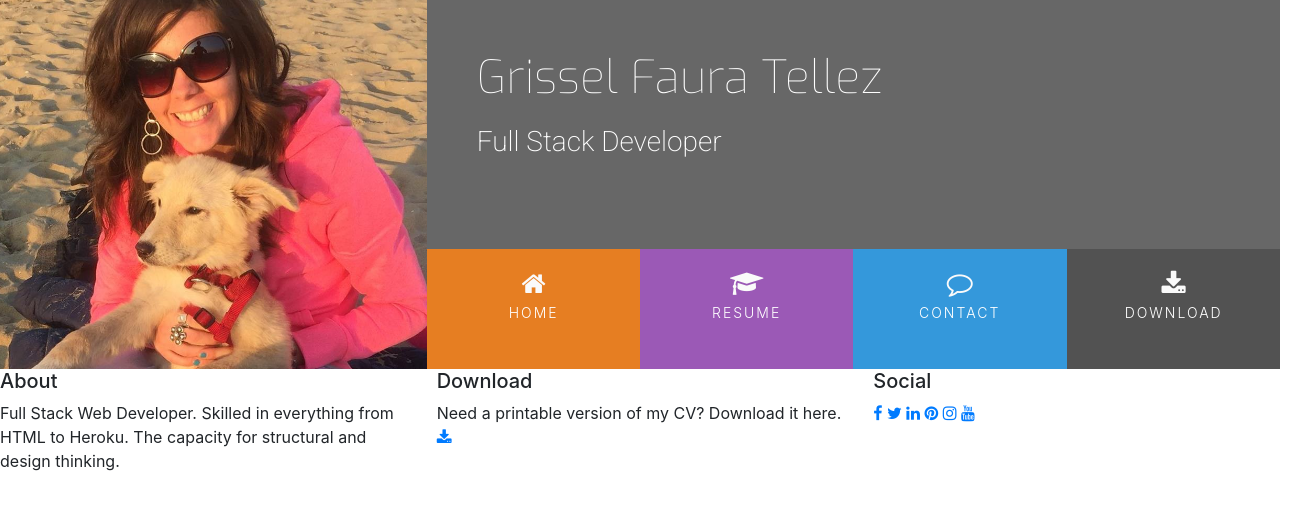
Repository: grisselfaura/Resume-Project-Introduction
Page: index.html
The author's editor kept a record of every edit. The page is drawn from the files as they stood at one moment, then again after the next edit.
The browser window is 1280 px wide. The page is 1295 px wide, then 1280 px, so the pictures cover 1295 px, including what lies to the right of the window. The pictures show the whole page.

Above is the page before.

### index.html
<!DOCTYPE html>
<html lang="en">
<head>
    <meta charset="UTF-8">
    <meta name="viewport" content="width=device-width, initial-scale=1.0">
    <meta http-equiv="X-UA-Compatible" content="ie=edge">
    <link rel="stylesheet" href="https://stackpath.bootstrapcdn.com/bootstrap/4.3.1/css/bootstrap.min.css" type="text/css" />
    <link rel="stylesheet" href="https://stackpath.bootstrapcdn.com/font-awesome/4.7.0/css/font-awesome.min.css" type="text/css" />
    <link rel="stylesheet" href="https://cdnjs.cloudflare.com/ajax/libs/hover.css/2.3.1/css/hover-min.css" type="text/css" />
    <link rel="stylesheet" href="assets/CSS/style.css" type="text/css" />
    <title>Grissel</title>
</head>
<body>
    <header>
       <div class="row no-gutters">
           <a class="col-md-4 logo" href="index.html"></a>
           <div class="col-md-8">
               <div class="row no-gutters bg-color-name-title">
                   <div class="col heading">
                       <h1 class="name">Grissel Faura Tellez</h1>
                       <h2 class="title">Full Stack Developer</h2>
                    </div>
               </div>
               <div class="row no-gutters">
                   <div class="col">
                       <ul id="nav" class="list-inline menucontainer">
                           <li class="col-6 col-sm-3 ui-menu-color-home list-inline-item menuitem">
                               <a href="#" class="hvr-sweep-to-bottom"><i class="fa fa-home" aria-hidden="true"></i><span>Home</span></a>
                           </li>
                           <li class="col-6 col-sm-3 ui-menu-color-resume list-inline-item menuitem">
                               <a href="#" class="hvr-sweep-to-bottom"><i class="fa fa-graduation-cap" aria-hidden="true"></i><span>Resume</span></a>
                           </li>
                           <li class="col-6 col-sm-3 ui-menu-color-contact list-inline-item menuitem">
                               <a href="#" class="hvr-sweep-to-bottom"><i class="fa fa-comment-o" aria-hidden="true"></i><span>Contact</span></a>
                           </li>
                           <li class="col-6 col-sm-3 ui-menu-color-download list-inline-item menuitem">
                               <a href="#" class="hvr-sweep-to-bottom"><i class="fa fa-download" aria-hidden="true"></i><span>Download</span></a>
                           </li>
                       </ul>
                   </div>
               </div>
           </div>
       </div>
    </header>
    <section>

    </section>
    <footer>
        <div class="row">
            <div id="footer-details" class="col-sm-4">
                <h5 class="uppercase general-sub">About</h5>
                <p class ="inline-block">
                Full Stack Web Developer. Skilled in everything from HTML to Heroku. The capacity for structural and design thinking.</p>
            </div>
            <div class="col-sm-4">
                <h5 class="uppercase general-sub">Download</h5>
                <p class ="inline-block">
                Need a printable version of my CV? Download it here.
                    <a href="#" target="_blank" class="cv-pdf">
                        <i class="fa fa-download" aria-hidden="true"></i>
                        <span class="sr-only">Download link again.</span>
                    </a>
                </p>
             </div>
            <div class="col-sm-4">
                <h5 class="uppercase general-sub">Social</h5>
                <ul class="list-inline social-links">
                    <li class="list-inline-item">
                        <a target="_blank" href="#">
                            <i class="fa fa-facebook" aria-hidden="true"></i>
                            <span class="sr-only">Facebook</span>
                        </a>
                    </li>
                    <li class="list-inline-item">
                        <a target="_blank" href="#">
                            <i class="fa fa-twitter" aria-hidden="true"></i>
                            <span class="sr-only">Twitter</span>
                        </a>
                    </li>
                     <li class="list-inline-item">
                        <a target="_blank" href="#">
                            <i class="fa fa-linkedin" aria-hidden="true"></i>
                            <span class="sr-only">LinkedIn</span>
                        </a>
                    </li>
                    <li class="list-inline-item">
                        <a target="_blank" href="#">
                            <i class="fa fa-pinterest" aria-hidden="true"></i>
                            <span class="sr-only">Pinterest</span>
                        </a>
                    </li>
                    <li class="list-inline-item">
                        <a target="_blank" href="#">
                            <i class="fa fa-instagram" aria-hidden="true"></i>
                            <span class="sr-only">Instagram</span>
                        </a>
                    </li>
                    <li class="list-inline-item">
                        <a target="_blank" href="#">
                            <i class="fa fa-youtube" aria-hidden="true"></i>
                            <span class="sr-only">Youtube</span>
                        </a>
                    </li>
                </ul>
            </div>
        </div>
    </footer>
</body>
</html>

### assets/CSS/style.css
@import url('https://fonts.googleapis.com/css?family=Roboto:100,200,300,400,500,600,700|Exo:100,200,300,400,500,600,700');

/*---------------------------------Colours*/

.bg-color-name-title {
    background-color: #676767;
}

.ui-menu-color-home {
     background-color: #e67e22;
}

.ui-menu-color-resume {
     background-color: #9b59b6;
}

.ui-menu-color-contact {
     background-color: #3498db;
}

.ui-menu-color-download {
     background-color: #525252;
}

/*---------------------------------Heading*/
header {
    margin: 0;
}

.heading {
    margin-left: 50px;
}

.logo {
    background: url("../images/gri.jpg");
    background-position: center;
    background-repeat: no-repeat;
    background-size: cover;
    min-height: 360px;
    transition: all .5s ease-in-out;
    -moz-transition: all .5s ease-in-out;
    -webkit-transition: all .5s ease-in-out;
}

.name {
    font-family: "Exo", sans-serif;
    font-weight: 100;
    font-size: 46px;
    margin-top: 50px;
    color: #ffffff;
}

.title {
    font-family: "Roboto", sans-serif;
    font-weight: 200;
    font-size: 28px;
    margin-top: 20px;
    margin-bottom: 90px;
    color: #ffffff;
}
.list-inline-item:not(:last-child) {
    margin-right: 0;
}
.menucontainer {
    font-size: 0;
}

#nav {
    margin: 0
}

#nav li {
    font-size: 14px;
    padding: 0;
}

.menuitem {
    height: 120px;
    text-align: center;
    padding: 0;
}

.menuitem a {
    width: 100%;
    text-decoration: none;
    color: #fff;
    height: 120px;
}

.menuitem a i {
    padding-top: 22px;
    display: block;
    color: #fafafa;
    font-size: 26px;
}

.menuitem span {
    display: block;
    width: 100%;
    padding-top: 5px;
    text-align: center;
    text-transform: uppercase;
    font-size: 14px;
    font-weight: 300;
    letter-spacing: 2px;
}

/*---------------------------------Hover.css*/
.hvr-sweep-to-bottom:before {
    background: rgba(0,0,0,0.2);
    height: 120px;
}

After the next edit:
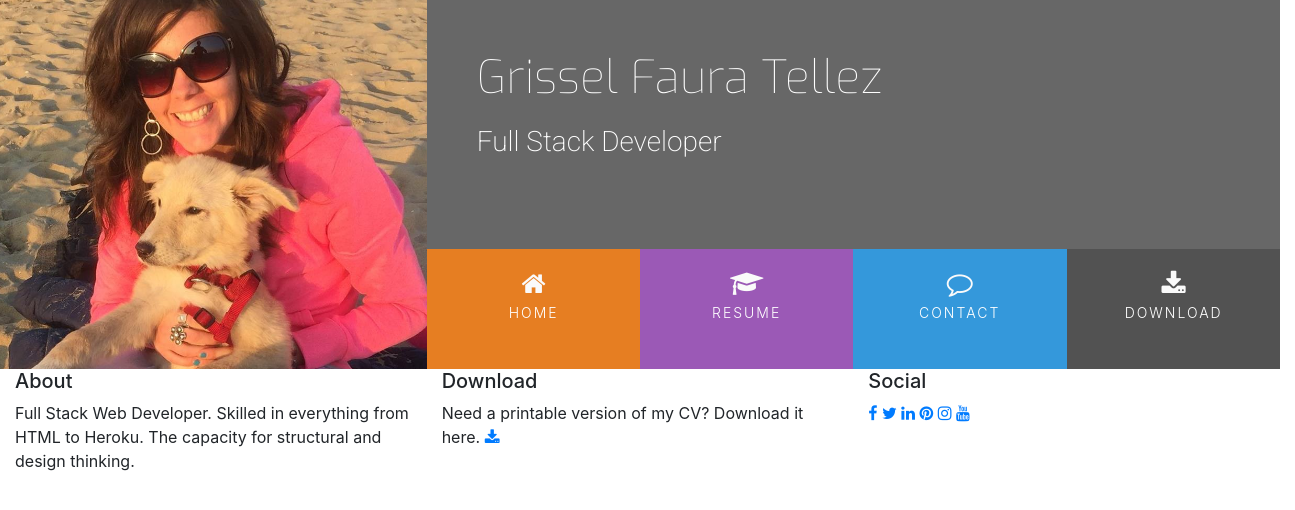
The edit:
--- a/index.html
+++ b/index.html
@@ -45,7 +45,7 @@
     <section>
 
     </section>
-    <footer>
+    <footer class="container-fluid">
         <div class="row">
             <div id="footer-details" class="col-sm-4">
                 <h5 class="uppercase general-sub">About</h5>
